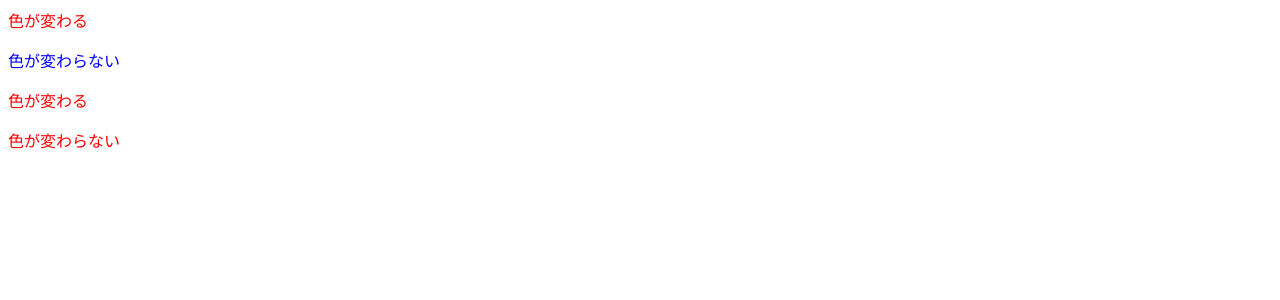
Repository: 9136424556/todo01
Page: coachtech/html-css/indexNO7.html
The author's editor kept a copy of each file at every save. The page is drawn from the files as they stood at one save, then again after the next save.
The browser window is 1280 px wide. The pictures show the whole page.

Above is the page before, as saved 2023-11-26 13:14:50.

### coachtech/html-css/indexNO7.html
<p>色が変わる</p>
<div>色が変わらない</div>
<!--以下の内容を追加します-->
<link rel="stylesheet" href="css/style2.css" />
<p id="sample">色が変わる</p>
<p>色が変わらない</p>

### coachtech/html-css/css/style2.css
p{
    color: red;
}
div{
    color: blue;
}
#sample {
    color: red;
}

After the next save:
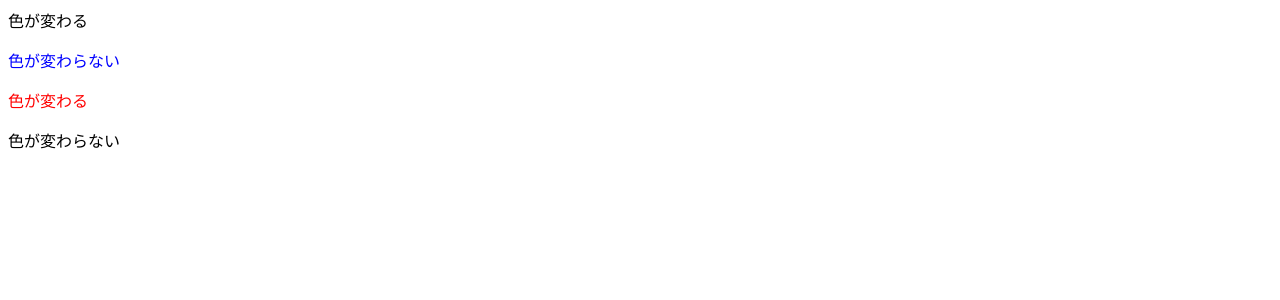
Saved 78 s later.
--- a/coachtech/html-css/css/style2.css
+++ b/coachtech/html-css/css/style2.css
@@ -1,6 +1,3 @@
-p{
-    color: red;
-}
 div{
     color: blue;
 }
